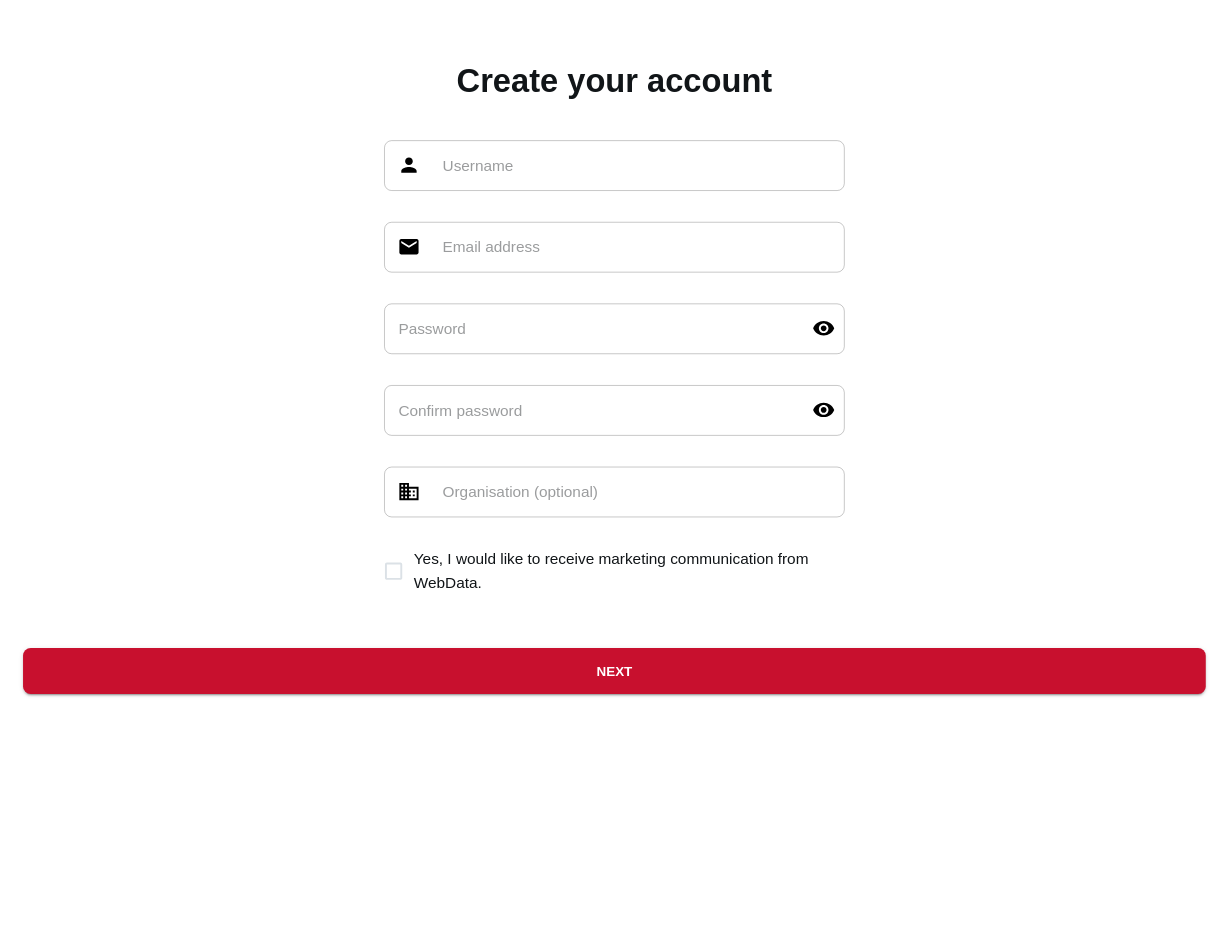
Repository: Pascal-Ahmadu/Tender-download-system
Page: /register (app in frontend/)
The author's editor kept a copy of each file at every save. The page is drawn from the files as they stood at one save, then again after the next save.
The browser window is 1280 px wide. The pictures show the whole page, at 96% of full size.
The page's requests for data from a server got no answer. Some web fonts or font styles are not loaded; a fallback is used. The project was rebuilt for these pictures with package versions that can differ from the ones it lists, and the page was loaded fresh each time. No one was signed in, and anything a server would have sent is missing. Also part of the build but not shown: frontend/vite.config.js, frontend/src/components/pages/LoginPage.jsx.

Above is the page before, as saved 2024-07-31 08:36:37.

After the next save:
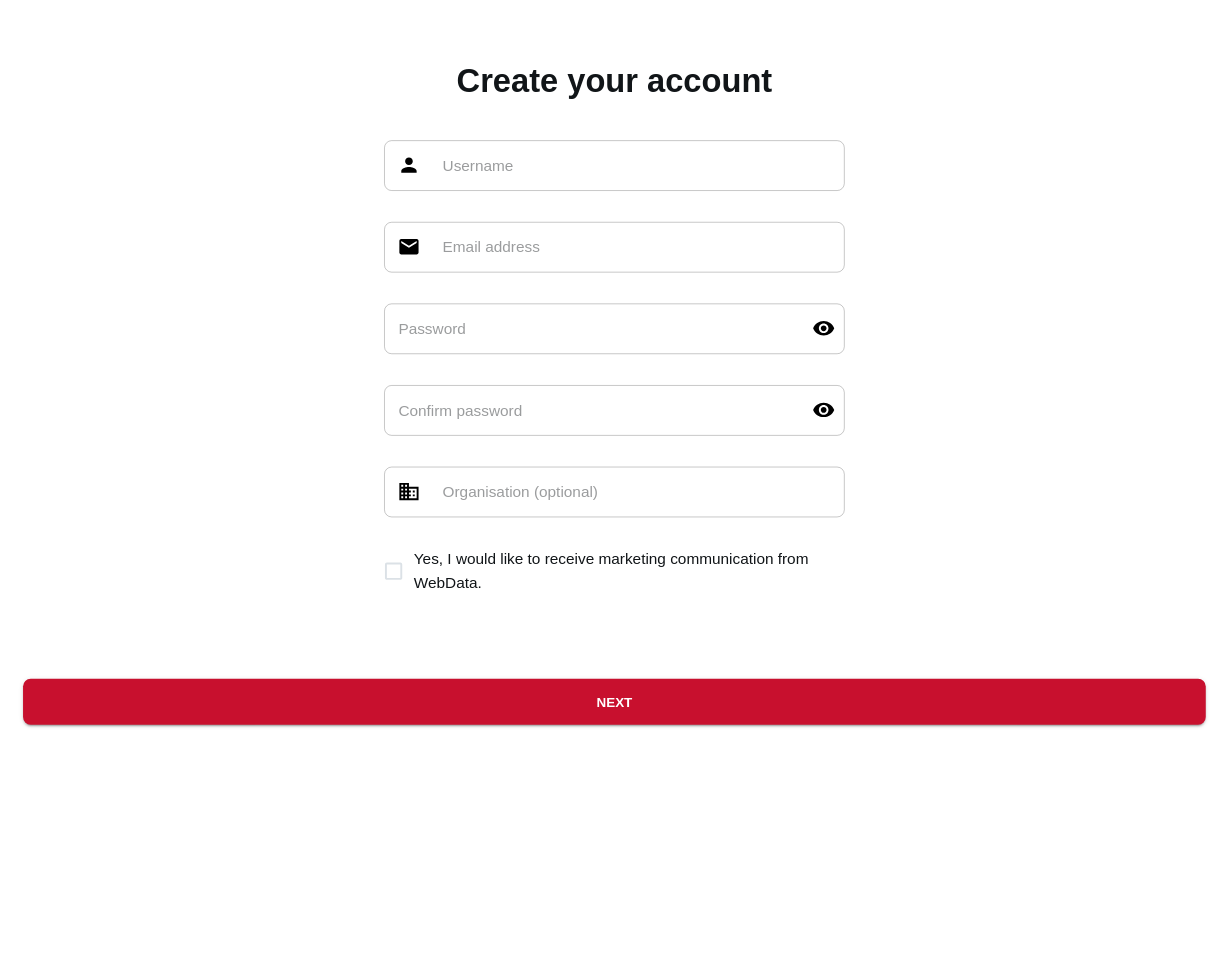
Saved 28 s later.
--- a/frontend/src/components/pages/RegistrationPage.jsx
+++ b/frontend/src/components/pages/RegistrationPage.jsx
@@ -372,7 +372,7 @@ function SignupForm() {
             fontWeight: "bold",
             borderRadius: 2,
             py: 1.5, // Adjust vertical padding for height
-            mt: 1, // Reduced margin top for spacing
+            mt: 5, // Reduced margin top for spacing
             mb: 30,
             width: "100%", // Ensure button width is 100% of container width
             boxSizing: "border-box", // Ensure padding is included in width
